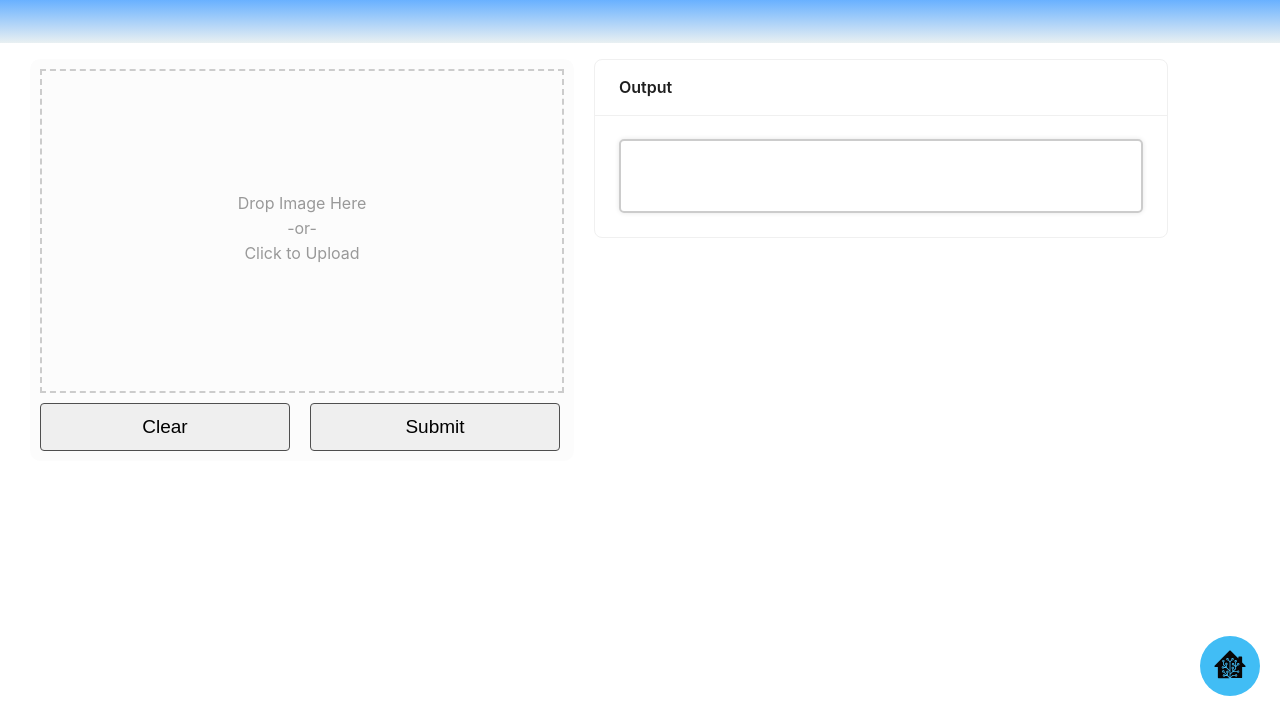
Repository: xshamrose/RAYi-AI
Page: /BreastCancerDetector-app (app in client/)
An editor plug-in stored every save of this project. The page is shown before and after the next save, followed by the edit.
The browser window is 1280 px wide. The pictures show the whole page.
The project was rebuilt for these pictures with package versions that can differ from the ones it lists, and the page was loaded fresh each time. Also part of the build but not shown: client/src/pages/home.css, client/src/pages/Home.js, client/src/pages/Chatbox.js.

Above is the page before, as saved 2024-03-11 11:52:53.

After the next save:
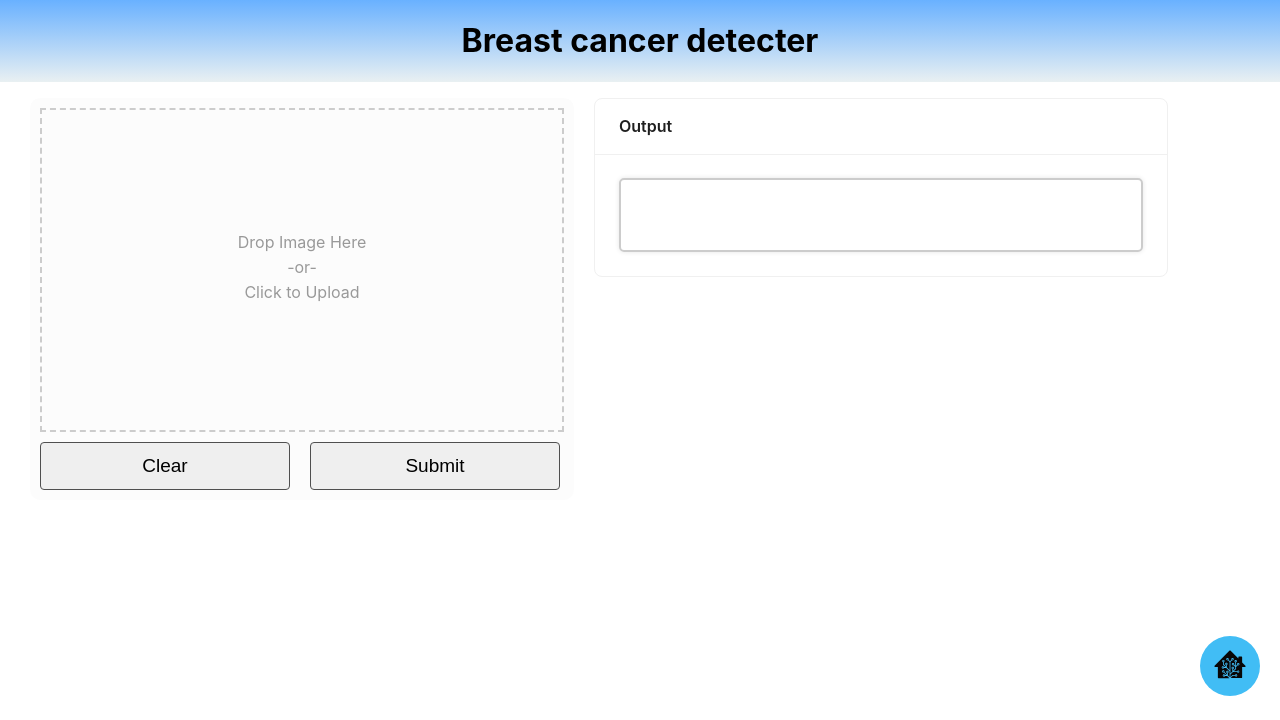
Saved 6 min 35 s later.
--- a/client/src/pages/Candetect.js
+++ b/client/src/pages/Candetect.js
@@ -76,7 +76,7 @@
   return (
     <>    <div>
       <div>
-      <Header
+      <Header title={"Breast cancer detecter"}
           />
 
       <div className="overallContainer">
